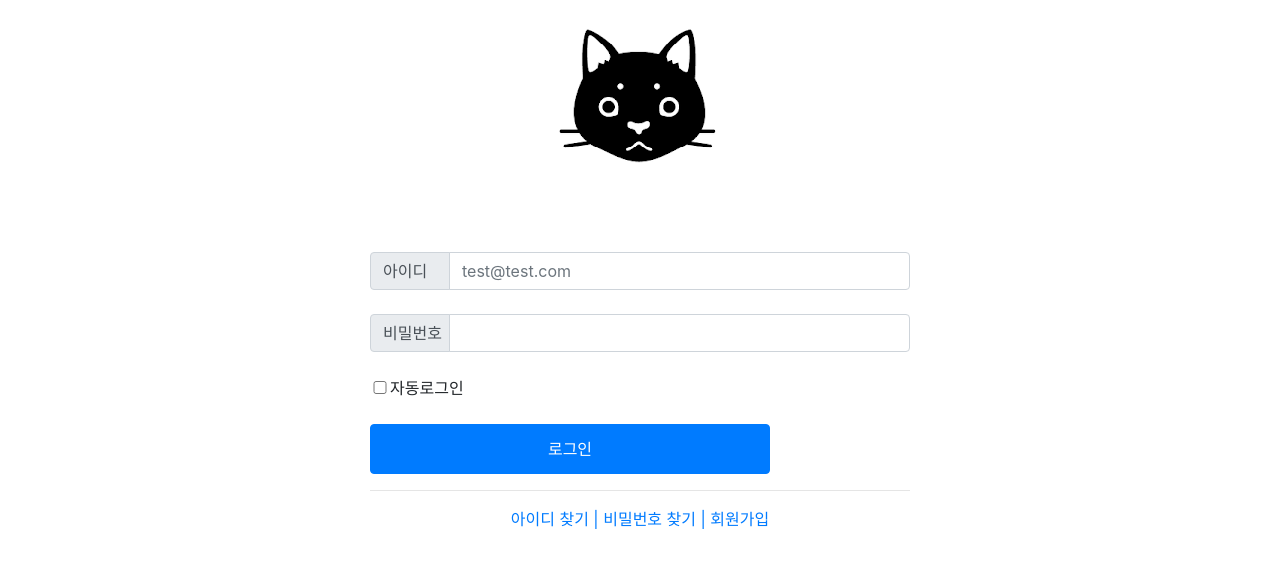
Repository: 0deepsleep/SpringMVCStudy
Page: http://localhost/TestProject/joinCheck.jsp
The author's editor kept a copy of each file at every save. The page is drawn from the files as they stood at one save, then again after the next save.
The browser window is 1280 px wide. The pictures show the whole page.
The page is served by Tomcat 9.

Above is the page before, as saved 2019-06-14 09:39:59.

### TestProject/WebContent/joinCheck.jsp
<%@ page contentType="text/html; charset=UTF-8"%>
<%@ taglib prefix="c" uri="http://java.sun.com/jsp/jstl/core" %>
<%
	request.setCharacterEncoding("UTF-8");
	String cp = request.getContextPath();
%>
<!DOCTYPE html>
<html>
<head>
<meta charset="UTF-8">
<title>joinCheck.jsp</title>
<link rel="stylesheet" href="https://stackpath.bootstrapcdn.com/bootstrap/4.3.1/css/bootstrap.min.css">
<style type="text/css">
	.bolck
	{
		width: 80px;
	}

	.btn
	{
		width: 400px;
		height: 50px
	}


	#err1
	{
		display: none;
		color: red;
		font-size: small;
	}

	#err2
	{
		display: none;
		color: red;
		font-size: small;
	}
	*{text-align:left;}

</style>
<script type="text/javascript" src="https://ajax.googleapis.com/ajax/libs/jquery/3.4.1/jquery.min.js"></script>
<script type="text/javascript">

	$(document).ready(function()
	{
		$("#btn").click(function()
		{

			if($("#userId").val()=="" && $("#userPwd").val()=="")
			{
				$("#err1").css("display", "inline");
				$("#err2").css("display", "inline");
				return;
			}

			$("#err1").css("display", "none");

			if($("#userId").val()=="")
			{
				$("#err1").css("display", "inline");
				return;
			}

			$("#err2").css("display", "none");

			if( $("#userPwd").val()=="")
			{
				$("#err2").css("display", "inline");
				return;
			}

			$("#memberForm").submit();

		});


	});
</script>
</head>
<body>

<div class="text-center container">
	<img src="<%=cp %>/img/cat.png" class="rounded" alt="" >
  <div class="row" style="margin-top: 60px;">
  	<div class="col-md-6 offset-md-3">
  		<div class="input-group" id="memberForm">
	  		<div class="input-group-prepend">
		    	<span class="input-group-text bolck">아이디</span>
		    </div>
		  <input type="text" id="userId" name="userId" class="form-control"
		  required="required" placeholder="test@test.com">
		    </div>
		    <span id="err1">아이디를 입력해주세요.</span><br>

		<div class="input-group" id="memberForm">
	  		<div class="input-group-prepend">
		    	<span class="input-group-text bolck">비밀번호</span>
		    </div>
		  	<input type="password" id="userPwd" name="userPwd" class="form-control"
		  required="required" >
		</div>
		<span id="err2">비밀번호를 입력해주세요.</span>
		<br><input type="checkbox" style="width: 20px;">자동로그인

		<br><br>
		<button type="button" id="btn" name="btn" class="btn-primary btn">로그인</button>
		<br><hr />

		<div style="text-align: center;">
				<a href="#"> 아이디 찾기 |</a>
				<a href="#"> 비밀번호 찾기 |</a>
				<a href="#"> 회원가입</a>
		</div>
	</div>
  </div>
</div>

</body>
</html>

After the next save:
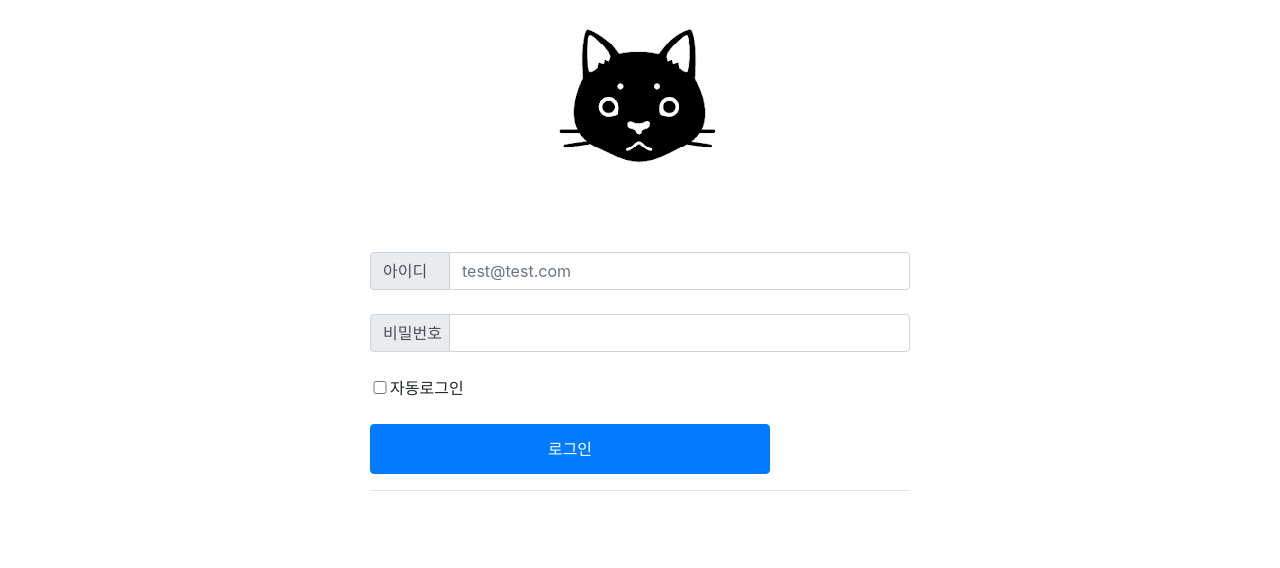
Saved 6 s later.
--- a/TestProject/WebContent/joinCheck.jsp
+++ b/TestProject/WebContent/joinCheck.jsp
@@ -107,11 +107,6 @@
 		<button type="button" id="btn" name="btn" class="btn-primary btn">로그인</button>
 		<br><hr />
 
-		<div style="text-align: center;">
-				<a href="#"> 아이디 찾기 |</a>
-				<a href="#"> 비밀번호 찾기 |</a>
-				<a href="#"> 회원가입</a>
-		</div>
 	</div>
   </div>
 </div>
